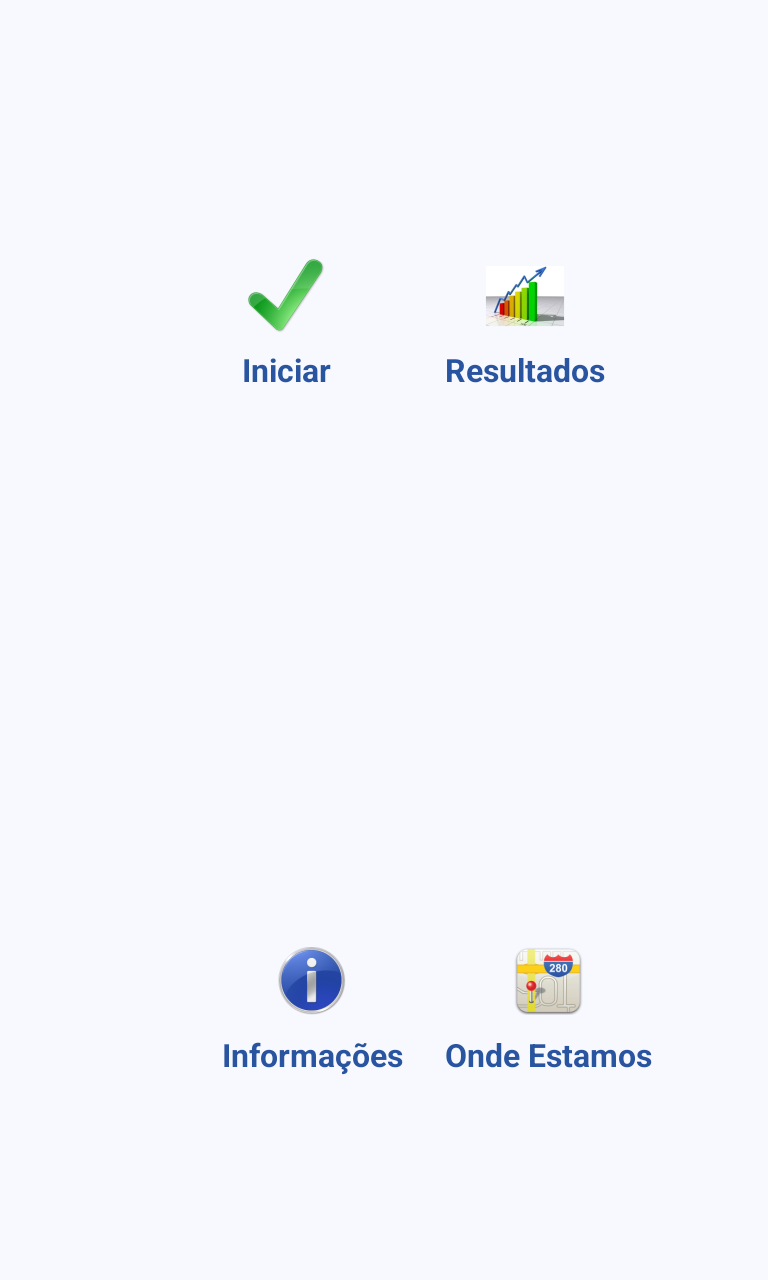
Repository: lmqs/ProjetoAndroid
Layout: TopicosProjeto/res/layout/activity_questoes.xml
An editor plug-in stored every save of this project. The layout is shown before and after the next save, followed by the edit.
It is drawn on a 768 x 1280 px phone screen (xhdpi) without system bars, with theme AppTheme; the app's code is not run.

Above is the layout before, as saved 2014-04-27 15:15:54.

### TopicosProjeto/res/layout/activity_questoes.xml
<RelativeLayout xmlns:android="http://schemas.android.com/apk/res/android"
    xmlns:tools="http://schemas.android.com/tools"
    android:layout_width="match_parent"
    android:layout_height="match_parent"
    android:background="#f8f9fe"
    android:paddingBottom="@dimen/activity_vertical_margin"
    android:paddingLeft="@dimen/activity_horizontal_margin"
    android:paddingRight="@dimen/activity_horizontal_margin"
    android:paddingTop="@dimen/activity_vertical_margin"
    tools:context=".Questoes" >

    <Button
        android:id="@+id/btnMaps"
        style="@style/DashboardButton"
        android:layout_width="wrap_content"
        android:layout_height="wrap_content"
        android:layout_alignParentBottom="true"
        android:layout_alignParentRight="true"
        android:layout_marginBottom="86dp"
        android:layout_marginRight="42dp"
        android:background="@android:color/transparent"
        android:drawableTop="@drawable/maps"
        android:text="Onde Estamos" />

    <Button
        android:id="@+id/btnInfor"
        style="@style/DashboardButton"
        android:layout_width="wrap_content"
        android:layout_height="wrap_content"
        android:layout_alignBaseline="@+id/btnMaps"
        android:layout_alignBottom="@+id/btnMaps"
        android:layout_marginRight="21dp"
        android:layout_toLeftOf="@+id/btnMaps"
        android:background="@android:color/transparent"
        android:drawableTop="@drawable/info"
        android:text="Informações" />

    <Button
        android:id="@+id/btnIniciar"
        style="@style/DashboardButton"
        android:layout_width="wrap_content"
        android:layout_height="wrap_content"
        android:layout_alignLeft="@+id/btnInfor"
        android:layout_alignParentTop="true"
        android:layout_marginTop="108dp"
        android:background="@android:color/transparent"
        android:drawableTop="@drawable/iniciar"
        android:text="Iniciar" />

    <Button
        android:id="@+id/btnResultados"
        style="@style/DashboardButton"
        android:layout_width="wrap_content"
        android:layout_height="wrap_content"
        android:layout_alignBaseline="@+id/btnIniciar"
        android:layout_alignBottom="@+id/btnIniciar"
        android:layout_alignLeft="@+id/btnMaps"
        android:background="@android:color/transparent"
        android:drawableTop="@drawable/resultados"
        android:text="Resultados" />

</RelativeLayout>

### TopicosProjeto/res/values/styles.xml
<resources>

    <!--
        Base application theme, dependent on API level. This theme is replaced
        by AppBaseTheme from res/values-vXX/styles.xml on newer devices.
    -->
    <style name="AppBaseTheme" parent="android:Theme.Light">
        <!--
            Theme customizations available in newer API levels can go in
            res/values-vXX/styles.xml, while customizations related to
            backward-compatibility can go here.
        -->
    </style>

    <!-- Application theme. -->
    <style name="AppTheme" parent="AppBaseTheme">
        <!-- All customizations that are NOT specific to a particular API-level can go here. -->
    </style>

    <style name="DashboardButton">
        <item name="android:layout_gravity">center_vertical</item>
        <item name="android:layout_width">wrap_content</item>
        <item name="android:layout_height">wrap_content</item>
        <item name="android:gravity">center_horizontal</item>
        <item name="android:drawablePadding">2dp</item>
        <item name="android:textSize">16dp</item>
        <item name="android:textStyle">bold</item>
        <item name="android:textColor">#ff29549f</item>
        <item name="android:background">@null</item>
    </style>



</resources>

Loaded but not shown: TopicosProjeto/res/values-v11/styles.xml (common file); TopicosProjeto/res/values-v14/styles.xml (common file); TopicosProjeto/res/values/dimens.xml (common file)

After the next save:
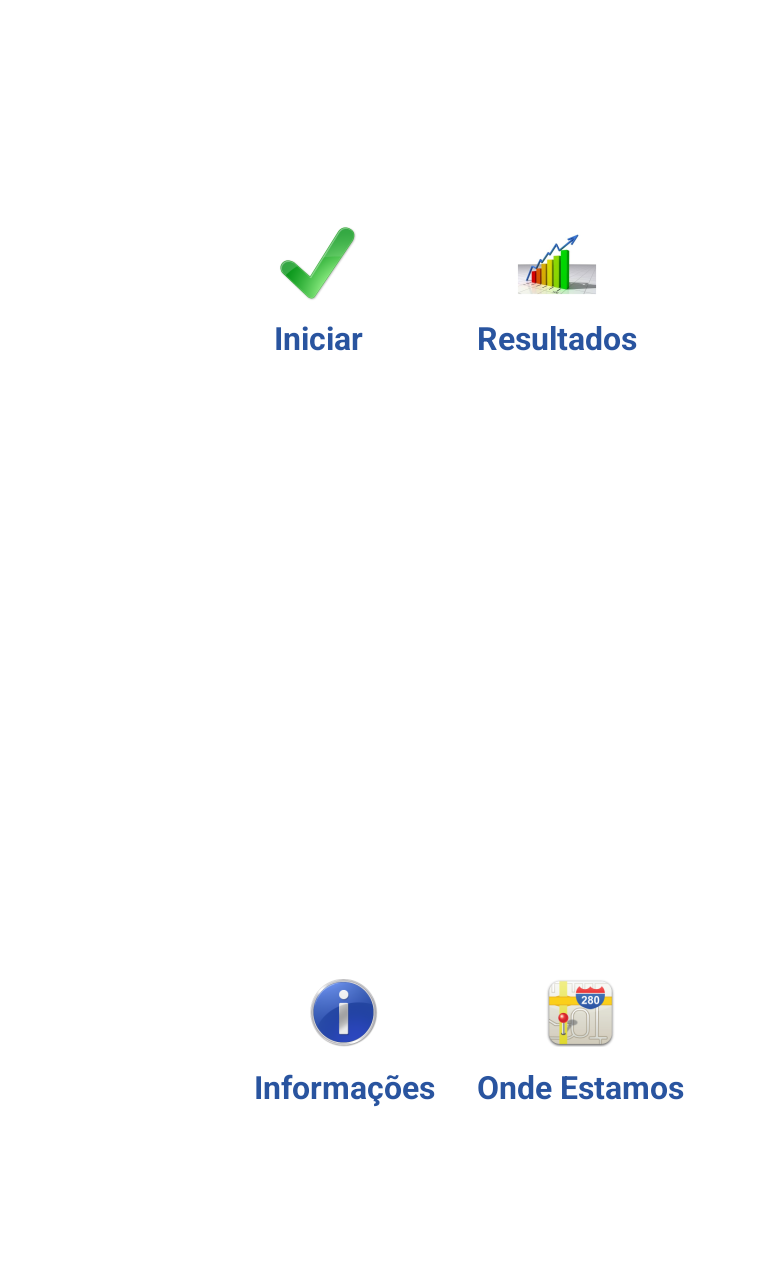
Saved 74 s later.
--- a/TopicosProjeto/res/layout/activity_questoes.xml
+++ b/TopicosProjeto/res/layout/activity_questoes.xml
@@ -2,11 +2,7 @@
     xmlns:tools="http://schemas.android.com/tools"
     android:layout_width="match_parent"
     android:layout_height="match_parent"
-    android:background="#f8f9fe"
-    android:paddingBottom="@dimen/activity_vertical_margin"
-    android:paddingLeft="@dimen/activity_horizontal_margin"
-    android:paddingRight="@dimen/activity_horizontal_margin"
-    android:paddingTop="@dimen/activity_vertical_margin"
+
     tools:context=".Questoes" >
 
     <Button
